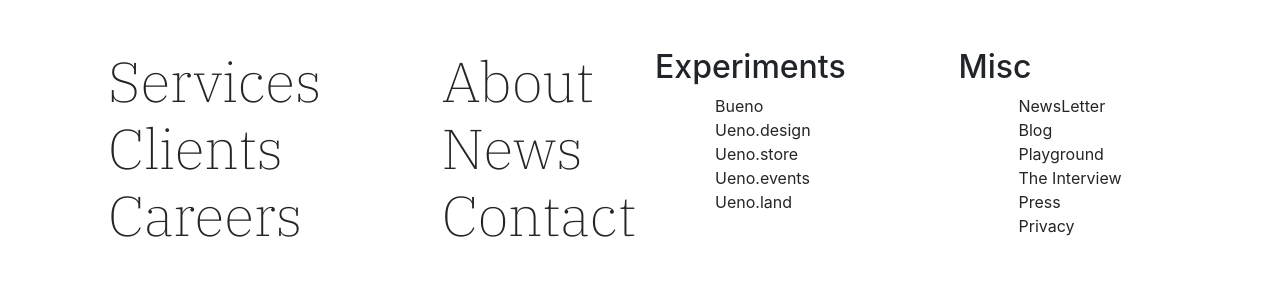
Repository: DeepaPrasanna/UenoClone
Page: /
The author's editor kept a copy of each file at every save. The page is drawn from the files as they stood at one save, then again after the next save.
The browser window is 1280 px wide. The pictures show the whole page.
The project was rebuilt for these pictures with package versions that can differ from the ones it lists, and the page was loaded fresh each time. Also part of the build but not shown: src/components/Layout/Header.js.

Above is the page before, as saved 2021-05-04 13:23:15.

### public/index.html
<!DOCTYPE html>
<html lang="en">
  <head>
    <meta charset="utf-8" />
    <link rel="icon" href="%PUBLIC_URL%/favicon.ico" />
    <meta name="viewport" content="width=device-width, initial-scale=1" />
    <meta name="theme-color" content="#000000" />
    <meta name="description" content="Web site created using create-react-app" />
    <link rel="apple-touch-icon" href="%PUBLIC_URL%/logo192.png" />
    <!--
      manifest.json provides metadata used when your web app is installed on a
      user's mobile device or desktop. See https://developers.google.com/web/fundamentals/web-app-manifest/
    -->
    <link rel="manifest" href="%PUBLIC_URL%/manifest.json" />
    <!-- Bootstrap -->
    <link
      rel="stylesheet"
      href="https://cdn.jsdelivr.net/npm/bootstrap@4.6.0/dist/css/bootstrap.min.css"
      integrity="sha384-B0vP5xmATw1+K9KRQjQERJvTumQW0nPEzvF6L/Z6nronJ3oUOFUFpCjEUQouq2+l"
      crossorigin="anonymous"
    />
    <!-- font awesome -->
    <link
      rel="stylesheet"
      href="https://cdnjs.cloudflare.com/ajax/libs/font-awesome/5.15.3/css/all.min.css"
      integrity="sha512-iBBXm8fW90+nuLcSKlbmrPcLa0OT92xO1BIsZ+ywDWZCvqsWgccV3gFoRBv0z+8dLJgyAHIhR35VZc2oM/gI1w=="
      crossorigin="anonymous"
    />
    <!--
      Notice the use of %PUBLIC_URL% in the tags above.
      It will be replaced with the URL of the `public` folder during the build.
      Only files inside the `public` folder can be referenced from the HTML.

      Unlike "/favicon.ico" or "favicon.ico", "%PUBLIC_URL%/favicon.ico" will
      work correctly both with client-side routing and a non-root public URL.
      Learn how to configure a non-root public URL by running `npm run build`.
    -->
    <title>React App</title>
  </head>
  <body>
    <noscript>You need to enable JavaScript to run this app.</noscript>
    <div id="root"></div>
    <!--
      This HTML file is a template.
      If you open it directly in the browser, you will see an empty page.

      You can add webfonts, meta tags, or analytics to this file.
      The build step will place the bundled scripts into the <body> tag.

      To begin the development, run `npm start` or `yarn start`.
      To create a production bundle, use `npm run build` or `yarn build`.
    -->
  </body>
</html>

### src/index.js
import React from "react";
import ReactDOM from "react-dom";
import "./index.css";
import App from "./App";
import reportWebVitals from "./reportWebVitals";
import "bootstrap/dist/css/bootstrap.min.css";

ReactDOM.render(<App />, document.getElementById("root"));

// If you want to start measuring performance in your app, pass a function
// to log results (for example: reportWebVitals(console.log))
// or send to an analytics endpoint. Learn more: https://bit.ly/CRA-vitals
reportWebVitals();

### src/index.css
@import url("https://fonts.googleapis.com/css2?family=IBM+Plex+Serif:wght@200&display=swap");

.contact-button {
  background-color: #cf3f74 !important;
}

.screen-first-column {
  font-size: 56px;
  line-height: 67px;
  font-family: "IBM Plex Serif";
  font-style: normal;
  font-weight: 200;
  src: url("https://fonts.gstatic.com/s/ibmplexserif/v9/jizAREVNn1dOx-zrZ2X3pZvkTi3Q-iI0q1s.woff2") format("woff2");
}
.screen-links {
  color: #252525;
  padding: 0px 60px !important;
}
.nav-link:hover {
  color: #252525;
}
.screen-links::before {
  transform: translate(103%, 0px);
}

### src/App.js
import { Container } from "react-bootstrap";

import MainLayout from "./components/Layout/MainLayout";

function App() {
  return (
    <div className="App">
      <MainLayout />
    </div>
  );
}

export default App;

### src/components/Layout/MainLayout.js
import React from "react";

import Header from "./Header";
import Screen from "./Screen";

const MainLayout = () => {
  return (
    <div>
      {/* <Header /> */}
      <Screen />
    </div>
  );
};

export default MainLayout;

### src/components/Layout/Screen.js
import React from "react";

import { Container, Row, Col, Nav } from "react-bootstrap";

const Screen = () => {
  return (
    <Container fluid className="p-5 vh-100">
      <Row>
        <Col sm={6} className="d-flex flex-md-row screen-first-column">
          <Nav className="flex-column">
            <Nav.Link href="#" className="screen-links">
              Services
            </Nav.Link>
            <Nav.Link href="#" className="screen-links">
              Clients
            </Nav.Link>
            <Nav.Link href="#" className="screen-links">
              Careers
            </Nav.Link>
          </Nav>
          <Nav className="flex-column">
            <Nav.Link href="#" className="screen-links">
              About
            </Nav.Link>
            <Nav.Link href="#" className="screen-links">
              News
            </Nav.Link>

            <Nav.Link href="#" className="screen-links">
              Contact
            </Nav.Link>
          </Nav>
        </Col>
        <Col sm={6}>
          <Row>
            <Col>
              <h2>Experiments</h2>
              <Nav>
                <Nav.Link href="#" className="screen-links">
                  Bueno
                </Nav.Link>
                <Nav.Link href="#" className="screen-links">
                  Ueno.design
                </Nav.Link>
                <Nav.Link href="#" className="screen-links">
                  Ueno.store
                </Nav.Link>
                <Nav.Link href="#" className="screen-links">
                  Ueno.events
                </Nav.Link>
                <Nav.Link href="#" className="screen-links">
                  Ueno.land
                </Nav.Link>
              </Nav>
            </Col>
            <Col>
              <h2>Misc</h2>
              <Nav>
                <Nav.Link href="#" className="screen-links">
                  NewsLetter
                </Nav.Link>
                <Nav.Link href="#" className="screen-links">
                  Blog
                </Nav.Link>
                <Nav.Link href="#" className="screen-links">
                  Playground
                </Nav.Link>
                <Nav.Link href="#" className="screen-links">
                  The Interview
                </Nav.Link>
                <Nav.Link href="#" className="screen-links">
                  Press
                </Nav.Link>
                <Nav.Link href="#" className="screen-links">
                  Privacy
                </Nav.Link>
              </Nav>
            </Col>
          </Row>
          <Row>
            <Col></Col>
            <Col></Col>
          </Row>
        </Col>
      </Row>
    </Container>
  );
};

export default Screen;

Loaded but not shown: src/reportWebVitals.js (common file)

After the next save:
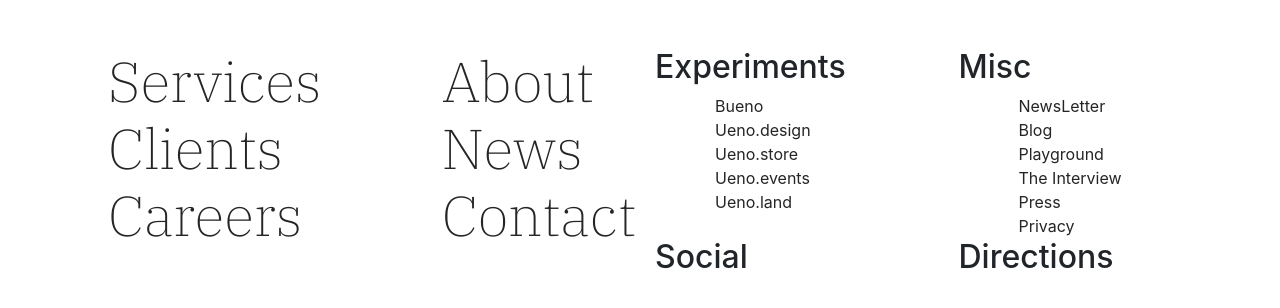
Saved 93 s later.
--- a/src/components/Layout/Screen.js
+++ b/src/components/Layout/Screen.js
@@ -78,8 +78,12 @@
             </Col>
           </Row>
           <Row>
-            <Col></Col>
-            <Col></Col>
+            <Col>
+              <h2>Social</h2>
+            </Col>
+            <Col>
+              <h2>Directions</h2>
+            </Col>
           </Row>
         </Col>
       </Row>
